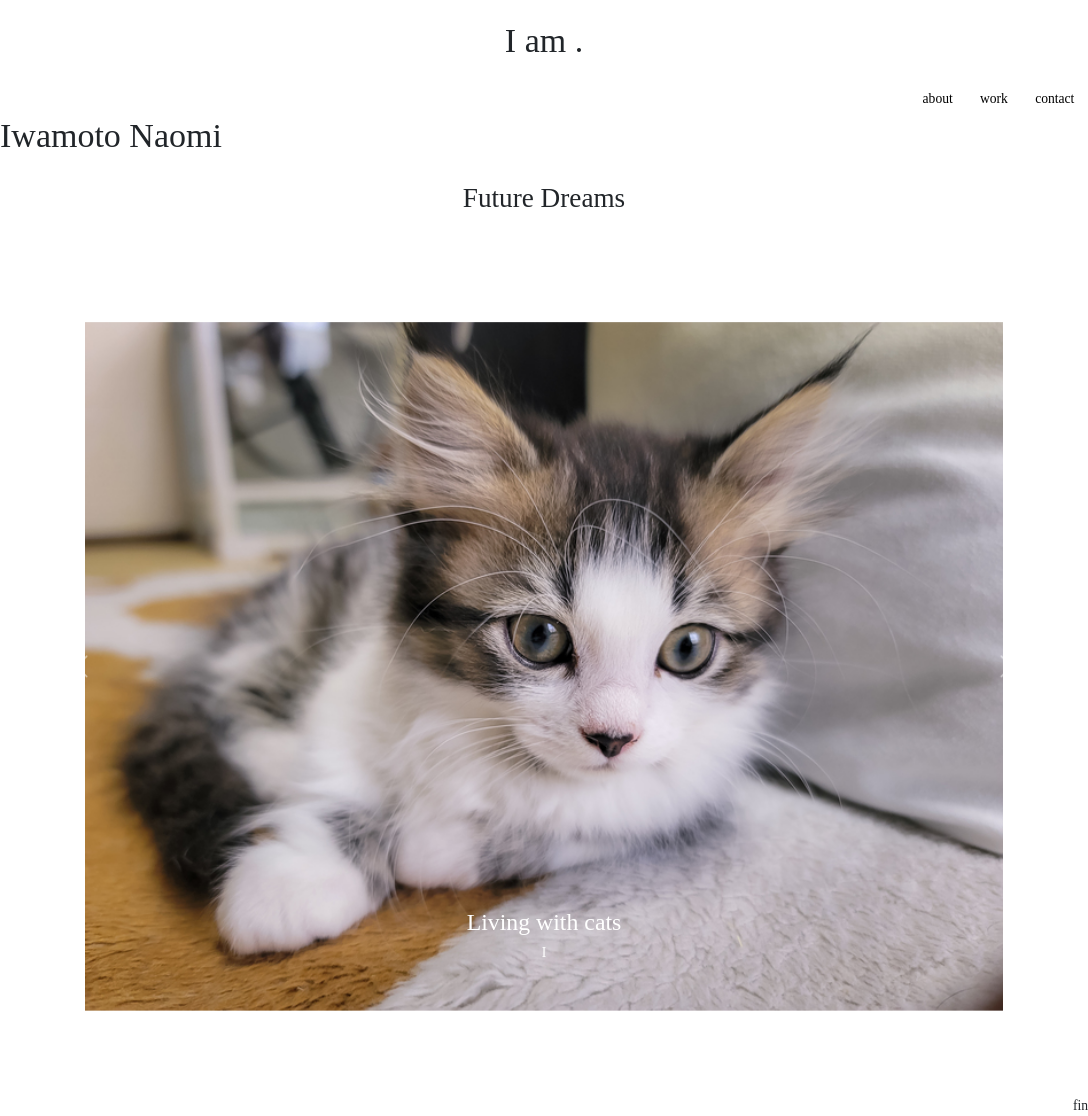
Repository: 7oooomi/portfolio-vercel-
Page: / (app in sample-app/)
These files come from the project's save history. The page is drawn as it stood at one moment and after the next save; the edit follows.
The browser window is 1280 px wide. The pictures show the whole page, at 85% of full size.
The project was rebuilt for these pictures with package versions that can differ from the ones it lists, and the page was loaded fresh each time. The framework's server and built-in components were replaced by stand-ins that run in the browser. Also part of the build but not shown: sample-app/next.config.js.

Above is the page before, as saved 2022-08-07 21:29:02.

After the next save:
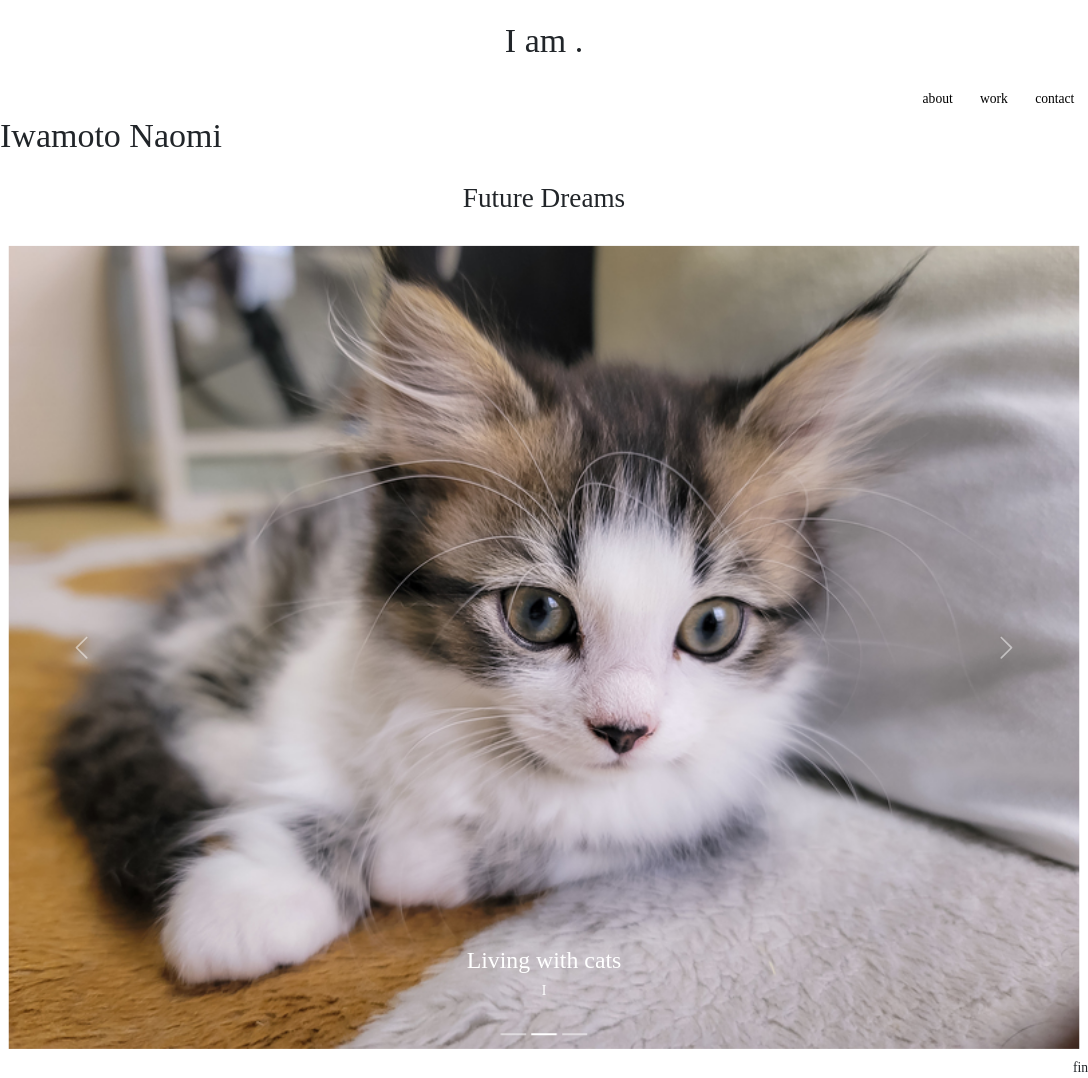
Saved 38 s later.
--- a/sample-app/styles/Home.module.css
+++ b/sample-app/styles/Home.module.css
@@ -30,7 +30,7 @@
 .foot {
   display: flex;
   justify-content: center;
-  padding: 100px;
+  padding: 10px;
 }
 
 .title  {
